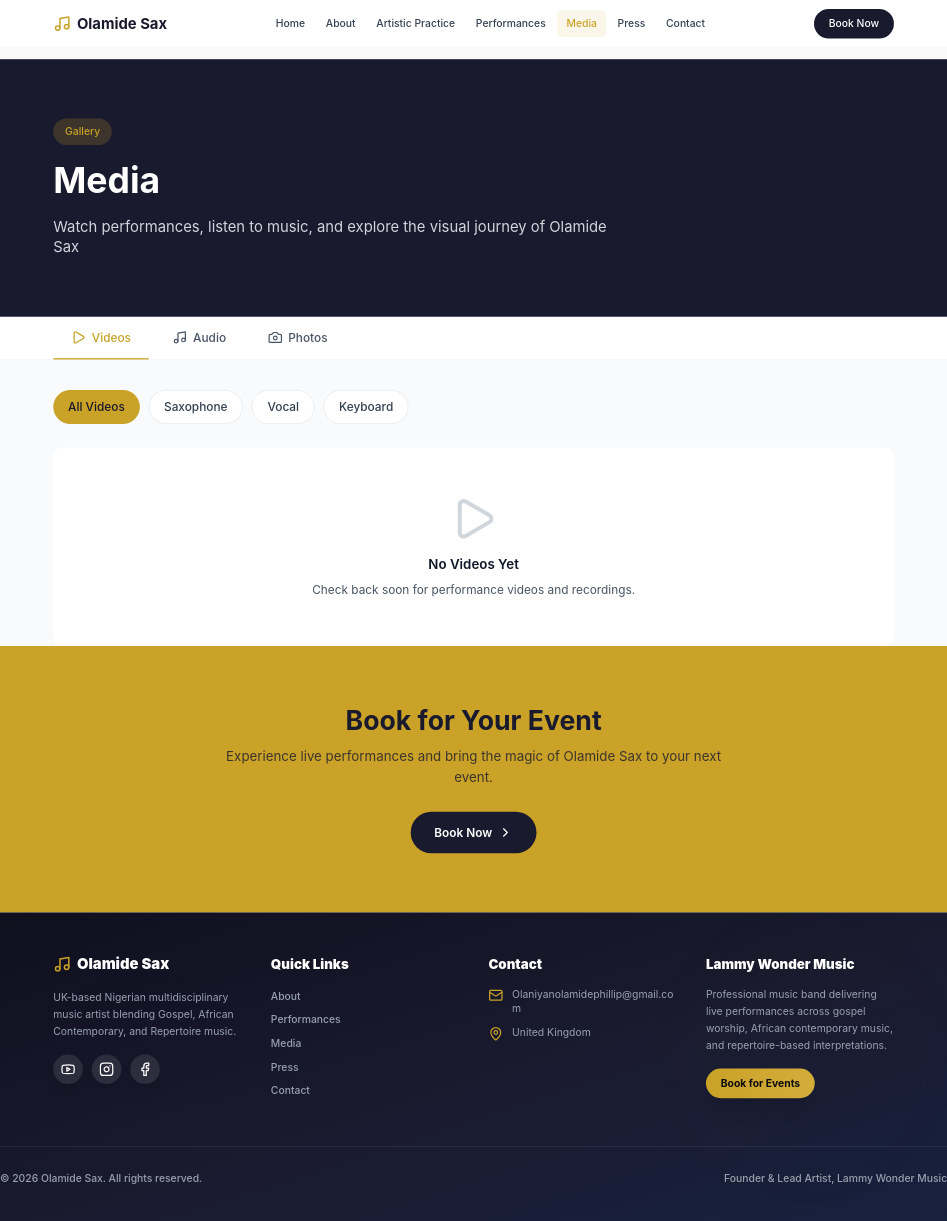
Repository: TheJazzDev/olamide-sax
Page: /media
An editor plug-in stored every save of this project. The page is shown before and after the next save, followed by the edit.
The browser window is 1280 px wide. The pictures show the whole page, at 74% of full size.
The page's requests for data from a server got no answer. The project was rebuilt for these pictures with package versions that can differ from the ones it lists, and the page was loaded fresh each time. Some packages were replaced by stand-ins written for this rebuild. The framework's server and built-in components were replaced by stand-ins that run in the browser. No one was signed in, and anything a server would have sent is missing. Also part of the build but not shown: next.config.ts.

Above is the page before, as saved 2026-01-17 17:28:49.

After the next save:
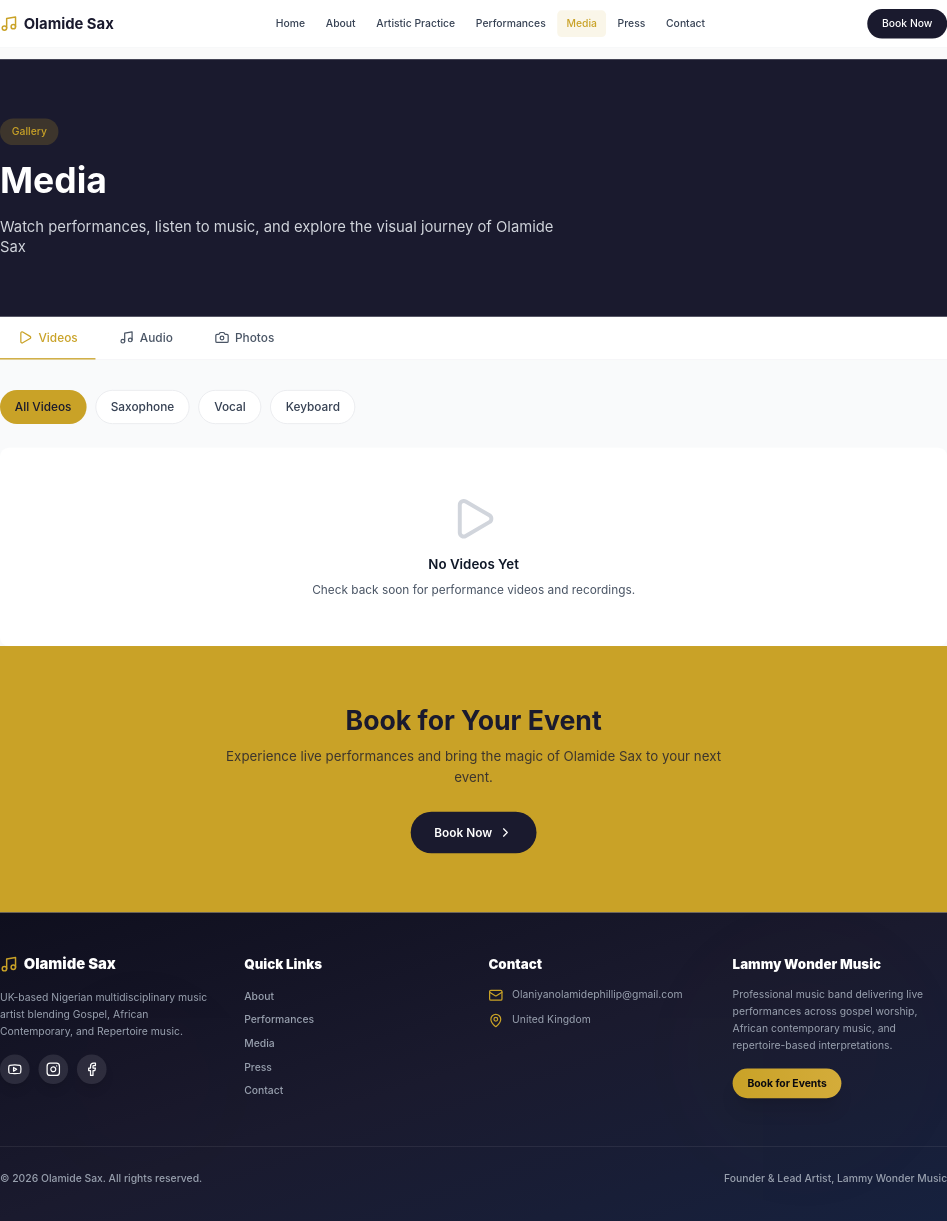
Saved 7 s later.
--- a/app/globals.css
+++ b/app/globals.css
@@ -165,22 +165,3 @@ html {
     padding: 6rem 0;
   }
 }
-
-/* Container */
-.container-custom {
-  max-width: 1200px;
-  margin: 0 auto;
-  padding: 0 1rem;
-}
-
-@media (min-width: 640px) {
-  .container-custom {
-    padding: 0 1.5rem;
-  }
-}
-
-@media (min-width: 1024px) {
-  .container-custom {
-    padding: 0 2rem;
-  }
-}

After the save that followed:
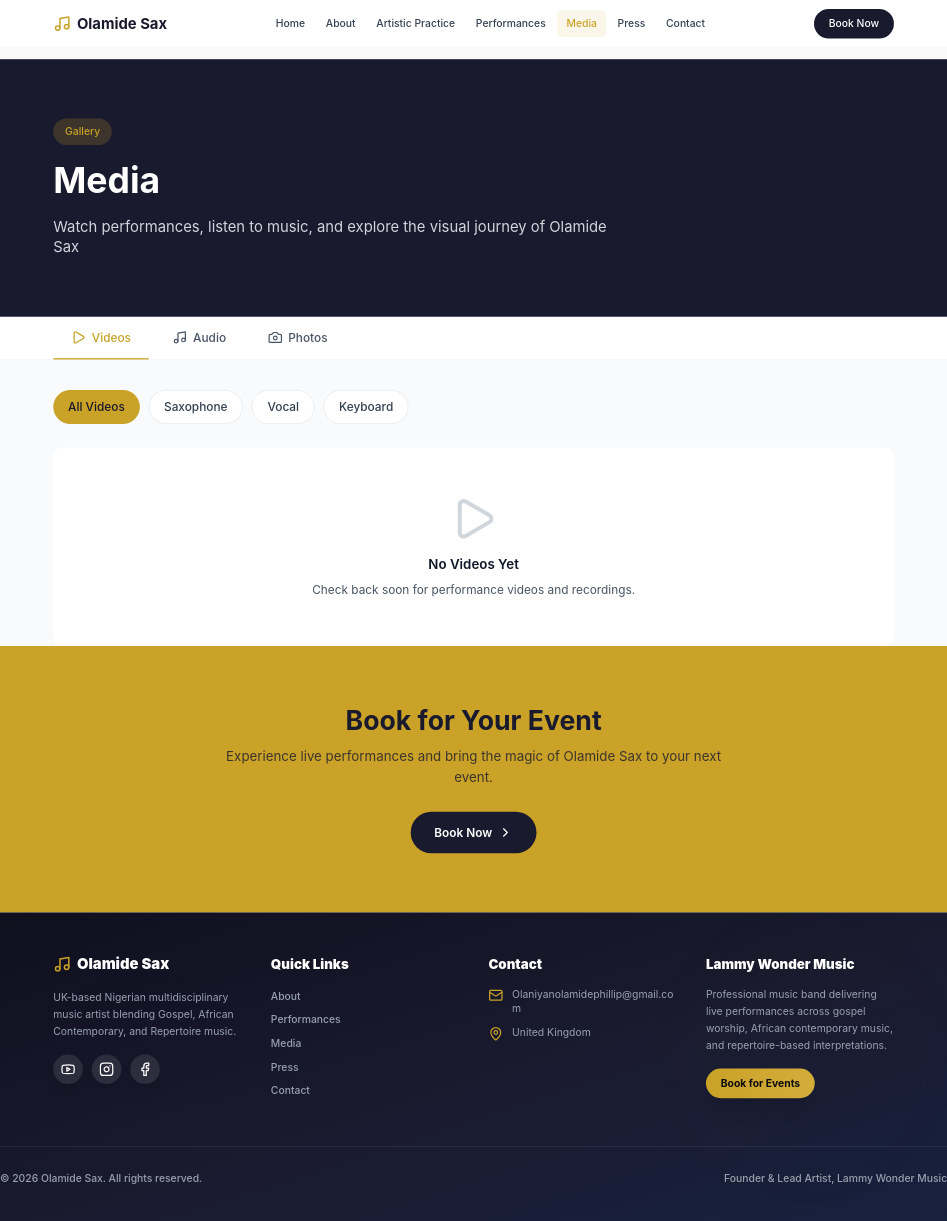
Saved 4 s later.
--- a/app/globals.css
+++ b/app/globals.css
@@ -165,3 +165,22 @@ html {
     padding: 6rem 0;
   }
 }
+
+/* Container */
+.container-custom {
+  max-width: 1200px;
+  margin: 0 auto;
+  padding: 0 1rem;
+}
+
+@media (min-width: 640px) {
+  .container-custom {
+    padding: 0 1.5rem;
+  }
+}
+
+@media (min-width: 1024px) {
+  .container-custom {
+    padding: 0 2rem;
+  }
+}
